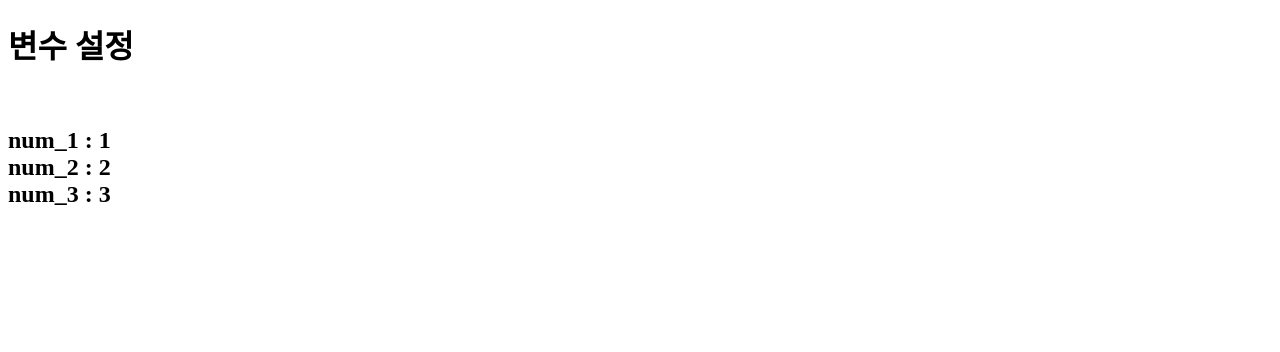
Repository: Jh1227/JSP
Page: http://localhost/13_JSTL/ex01_set_out.jsp
These files come from the project's save history. The page is drawn as it stood at one moment and after the next save; the edit follows.
The browser window is 1280 px wide. The pictures show the whole page.
The page is served by Tomcat 9. Other server files are loaded and not shown.

Above is the page before, as saved 2023-04-10 04:12:43.

### 13_JSTL/src/main/webapp/ex01_set_out.jsp

<!-- ex01_set_out.jsp -->

<%@ page language="java" contentType="text/html; charset=UTF-8"
    pageEncoding="UTF-8"%>
<%@ taglib prefix ="c" uri ="http://java.sun.com/jsp/jstl/core" %>
<!DOCTYPE html>
<html>
<head>
<meta charset="UTF-8">
<title>ex01_set_out.jsp</title>
</head>
<body>
	<h1>변수 설정</h1>
	<%--
		# <c:set> : 변수 설정
		  <c:set var ="변수명" value ="변수 값" scope ="접근 범위"/>
		  - scope : page(기본), request, session, application

	--%>
	<br>
	<h2>
		<c:set var ="num_1" value ="1"/>
		num_1 : ${num_1 }
		<br>

		<c:set var ="num_2"> 2 </c:set>
		num_2 : ${num_2 }
		<br>

		<c:set var ="num_3" value ="${3 }"/>
		num_3 : ${num_3 }
		<br>

	</h2>
</body>
</html>

After the next save:
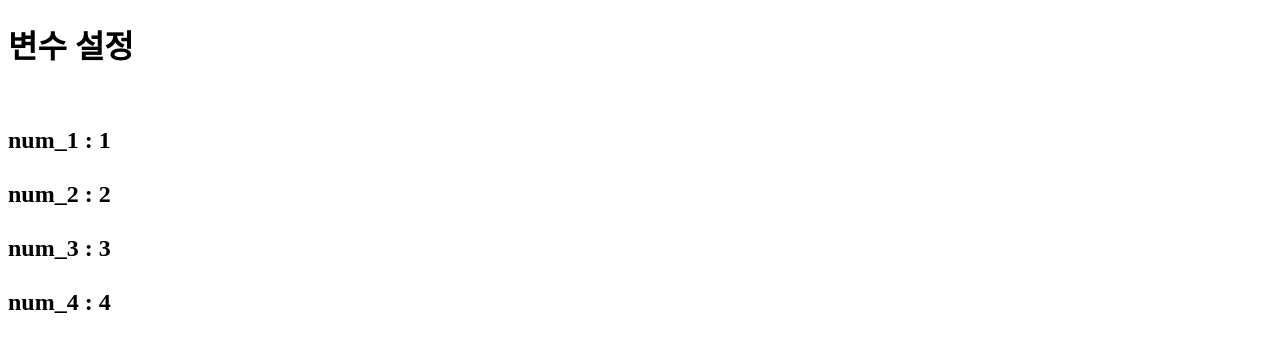
Saved 88 s later.
--- a/13_JSTL/src/main/webapp/ex01_set_out.jsp
+++ b/13_JSTL/src/main/webapp/ex01_set_out.jsp
@@ -22,15 +22,19 @@
 	<h2>
 		<c:set var ="num_1" value ="1"/>
 		num_1 : ${num_1 }
-		<br>
+		<br><br>
 
 		<c:set var ="num_2"> 2 </c:set>
 		num_2 : ${num_2 }
-		<br>
+		<br><br>
 
 		<c:set var ="num_3" value ="${3 }"/>
 		num_3 : ${num_3 }
-		<br>
+		<br><br>
+
+		<c:set var ="num_4" value ="4" scope ="request"/>
+		num_4 : ${num_4 }
+		<br><br>
 
 	</h2>
 </body>
